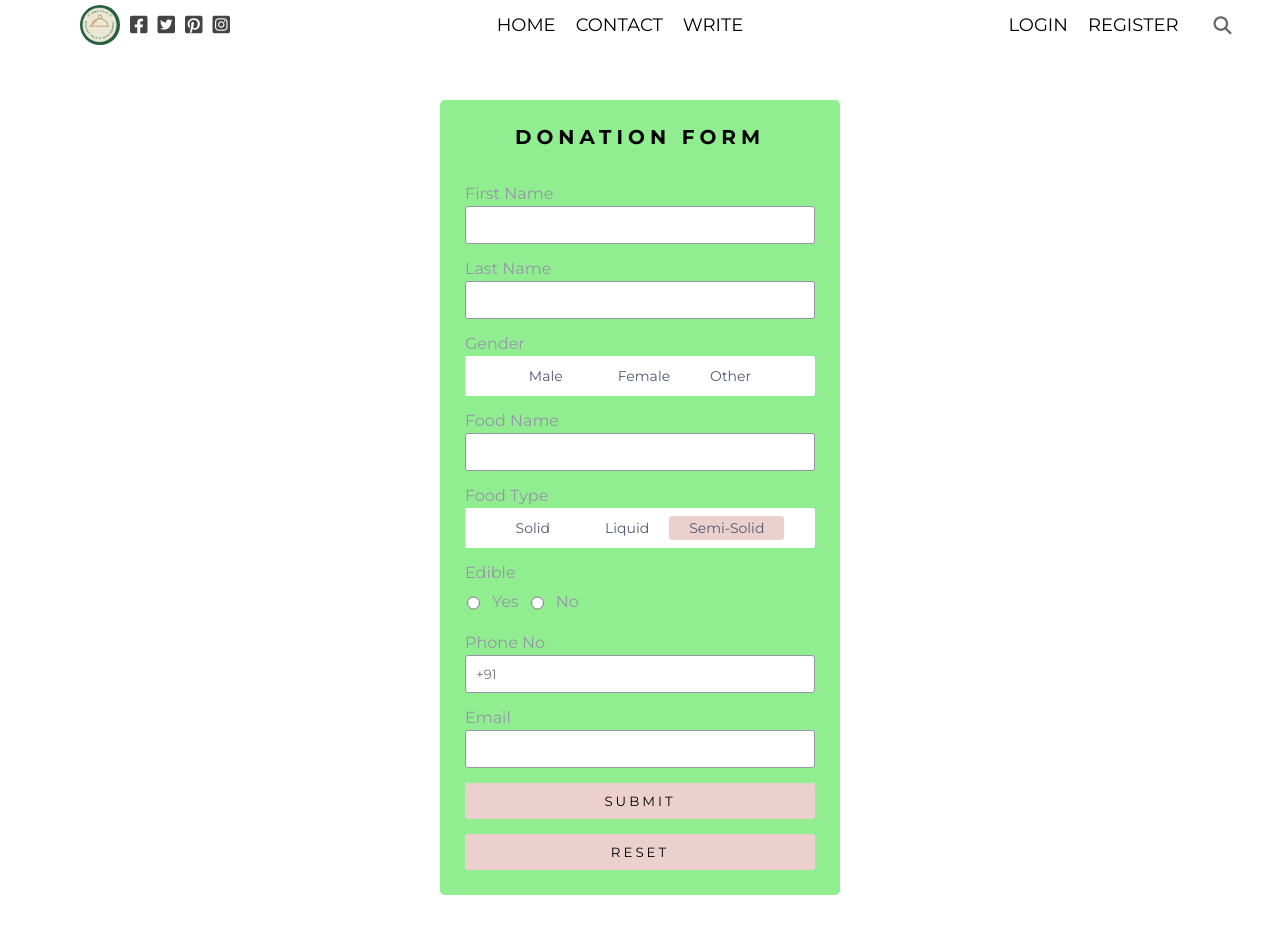
Repository: blsnabrhm/anna-daan
Page: /Contact (app in client/)
These files come from the project's save history. The page is drawn as it stood at one moment and after the next save; the edit follows.
The browser window is 1280 px wide. The pictures show the whole page.
Some web libraries are served in a nearby version. The project was rebuilt for these pictures with package versions that can differ from the ones it lists, and the page was loaded fresh each time. Also part of the build but not shown: client/src/components/header/header.css, client/src/components/header/Header.jsx, client/src/components/posts/posts.css, client/src/components/posts/Posts.jsx, client/src/components/sidebar/sidebar.css, client/src/components/sidebar/SideBar.jsx, client/src/pages/home/home.css, client/src/pages/home/Home.jsx and 13 more. Imported but missing from the stored project, and not drawn on this page: client/src/components/post/Post.

Above is the page before, as saved 2022-04-22 08:35:47.

After the next save:
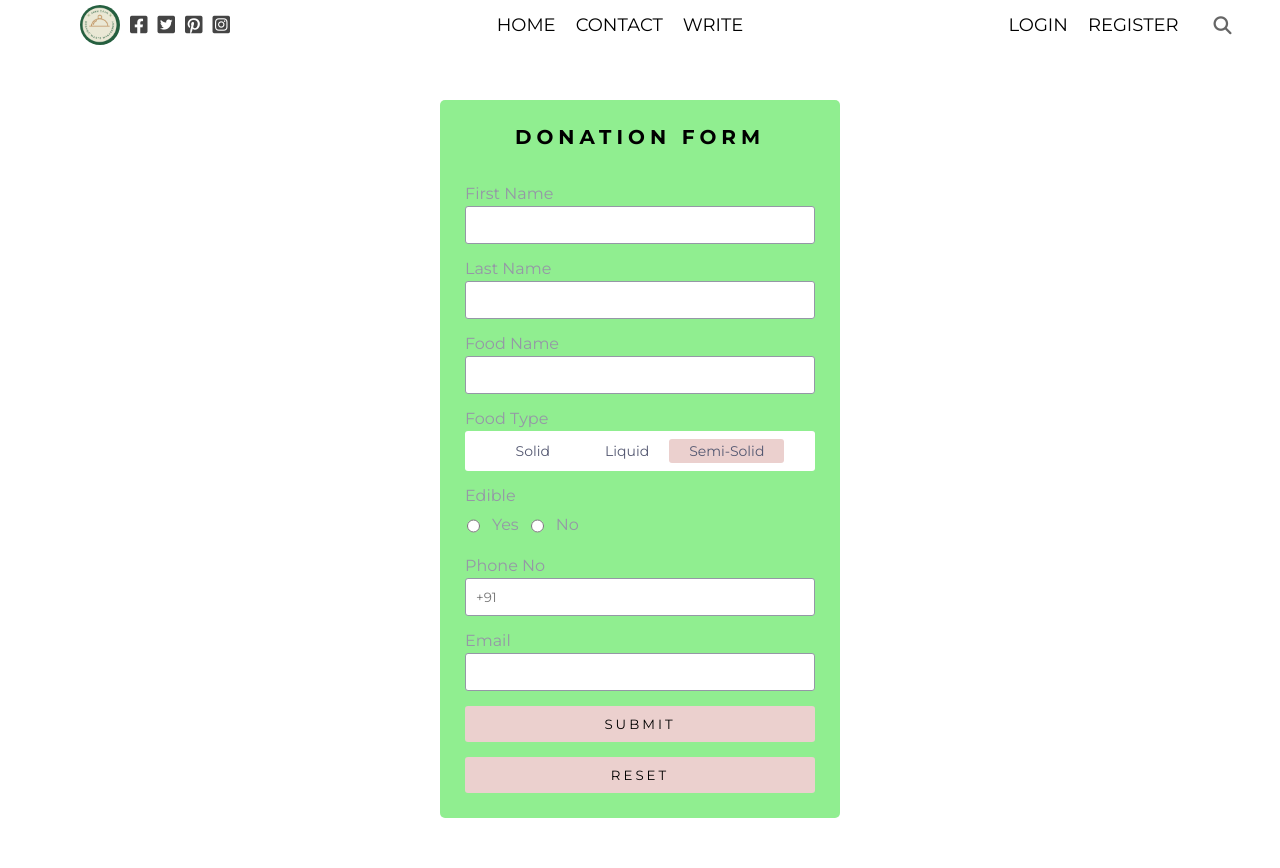
Saved 26 s later.
--- a/client/src/pages/contact/Contact.jsx
+++ b/client/src/pages/contact/Contact.jsx
@@ -21,29 +21,7 @@ export default function Contact() {
                 <div >
 
                 </div>
-				<div className="input_wrap">
-					<label>Gender</label>
-					<ul>
-						<li>
-							<label className="radio_wrap">
-								<input type="radio" name="gender" value="male" className="input_radio" checked/>
-								<span>Male</span>
-							</label>
-						</li>
-						<li>
-							<label className="radio_wrap">
-								<input type="radio" name="gender" value="female" className="input_radio"/>
-								<span>Female</span>
-							</label>
-						</li>
-                        <li>
-							<label className="radio_wrap">
-								<input type="radio" name="gender" value="male" className="input_radio" checked/>
-								<span>Other</span>
-							</label>
-						</li>
-					</ul>
-				</div>
+
                 <div className="input_wrap">
 					<label for="fname">Food Name</label>
 					<input type="text" id="email"/>
